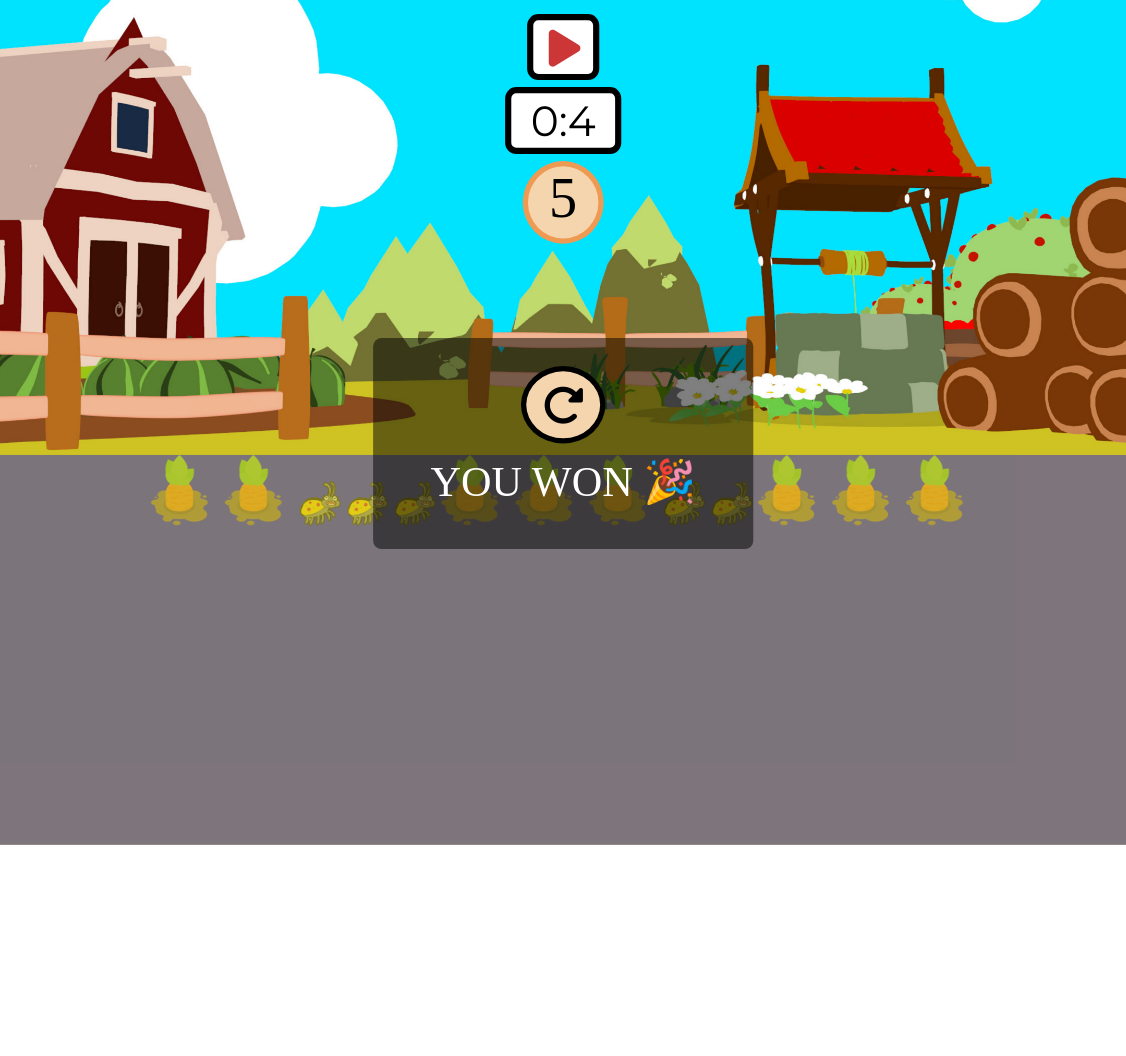
Repository: sephinejo/Mini-carrot-game
Page: index.html
The author's editor kept a copy of each file at every save. The page is drawn from the files as they stood at one save, then again after the next save.
The browser window is 1280 px wide. The pictures show the whole page, at 88% of full size.
Some web fonts or font styles are not loaded; a fallback is used. Some web libraries are served in a nearby version.

Above is the page before, as saved 2023-05-15 09:31:46.

After the next save:
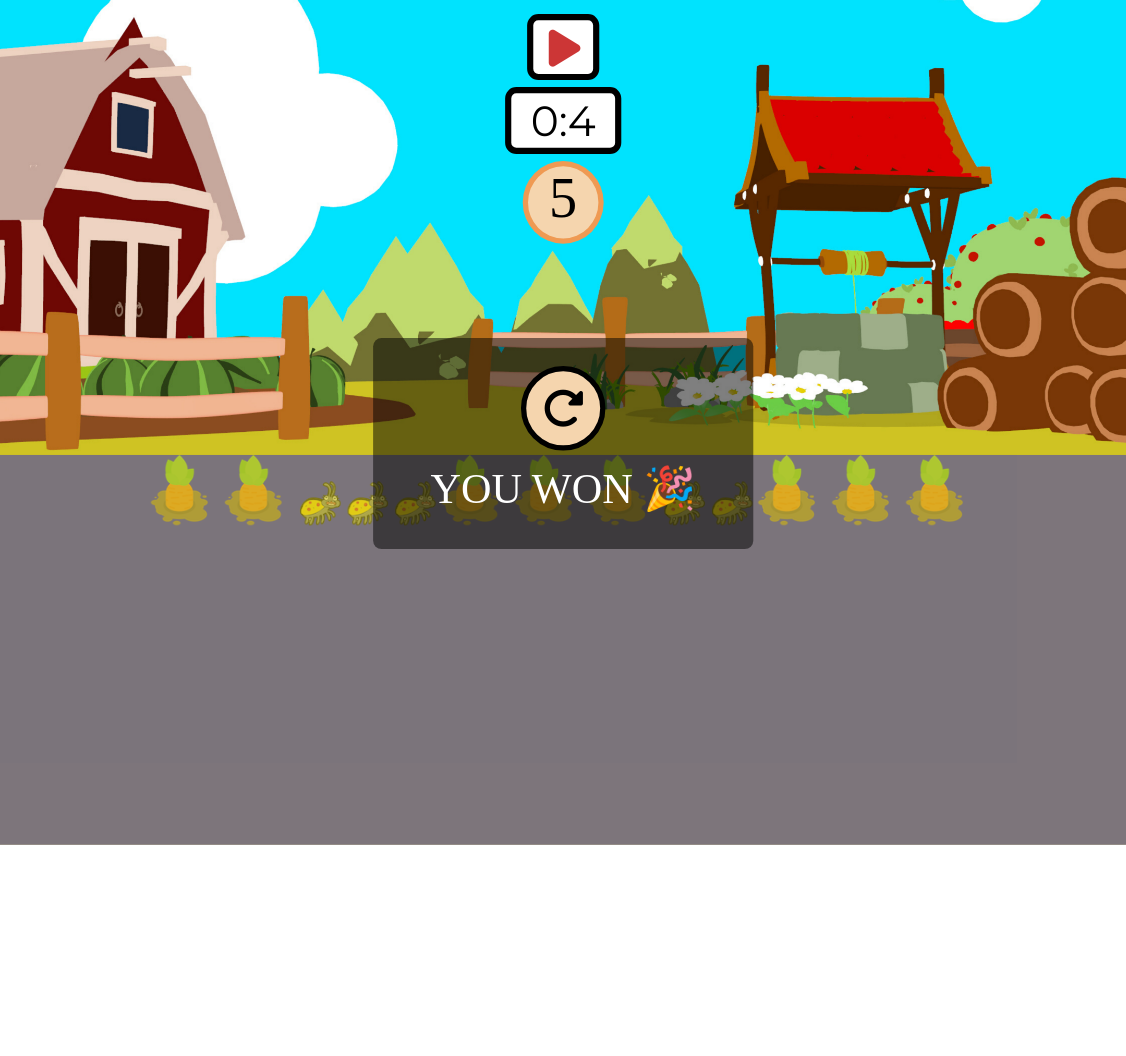
Saved 15 s later.
--- a/style.css
+++ b/style.css
@@ -84,7 +84,7 @@ button {
 
 .pop-up__replay {
   width: 6rem;
-  height: 5.5rem;
+  height: 6rem;
   font-size: 3rem;
   border: 0.4rem solid black;
   border-radius: 50%;
